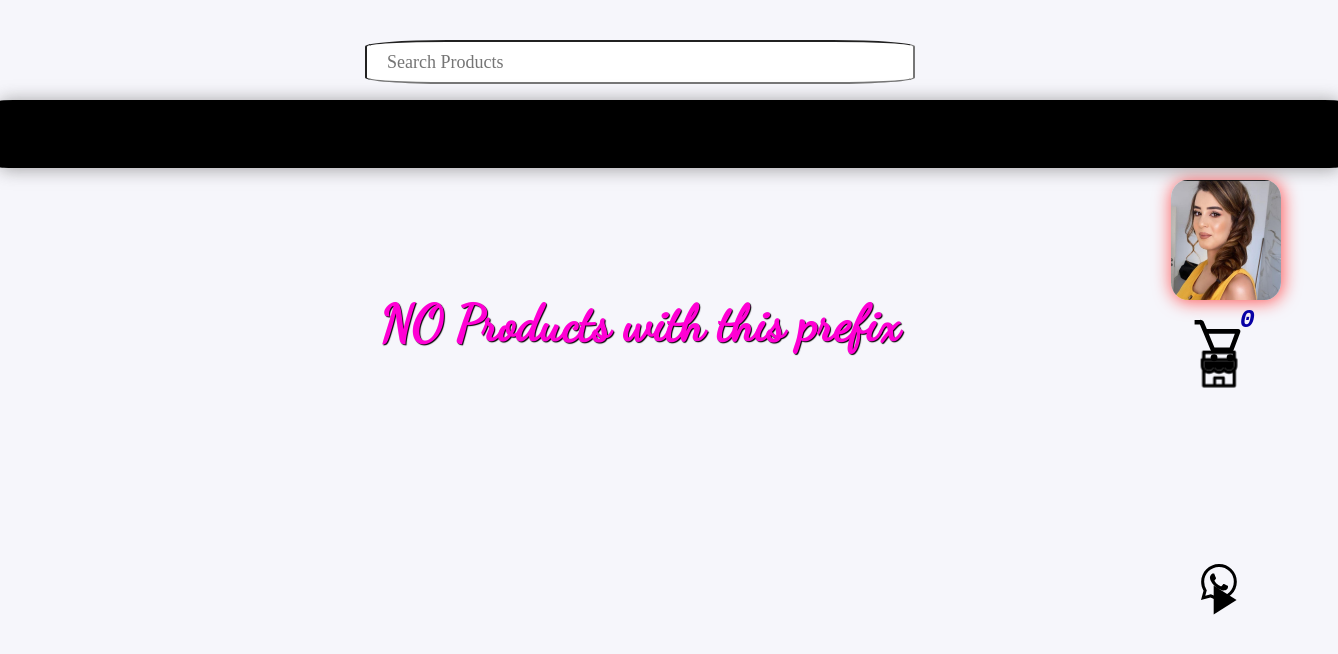
Repository: rehamAbass/BeautyCareShop
Page: /
An editor plug-in stored every save of this project. The page is shown before and after the next save, followed by the edit.
The browser window is 1280 px wide. The page is 1338 px wide, so the pictures cover 1338 px, including what lies to the right of the window. The pictures show the whole page.
The page's requests for data from a server got no answer. Some web fonts or font styles are not loaded; a fallback is used. The project was rebuilt for these pictures with package versions that can differ from the ones it lists, and the page was loaded fresh each time. No one was signed in, and anything a server would have sent is missing. Also part of the build but not shown: src/components/allProducts/prod/card.css, src/components/allProducts/prod/card.component.jsx, src/components/myCart/myCart.css, src/components/myCart/cartProduct/cartProduct.css, src/components/myCart/cartProduct/cartProduct.jsx, src/components/myCart/myCart.jsx. Imported but missing from the stored project, and not drawn on this page: src/components/header/music/ed.mp3.

Above is the page before, as saved 2022-06-08 13:27:24.

After the next save:
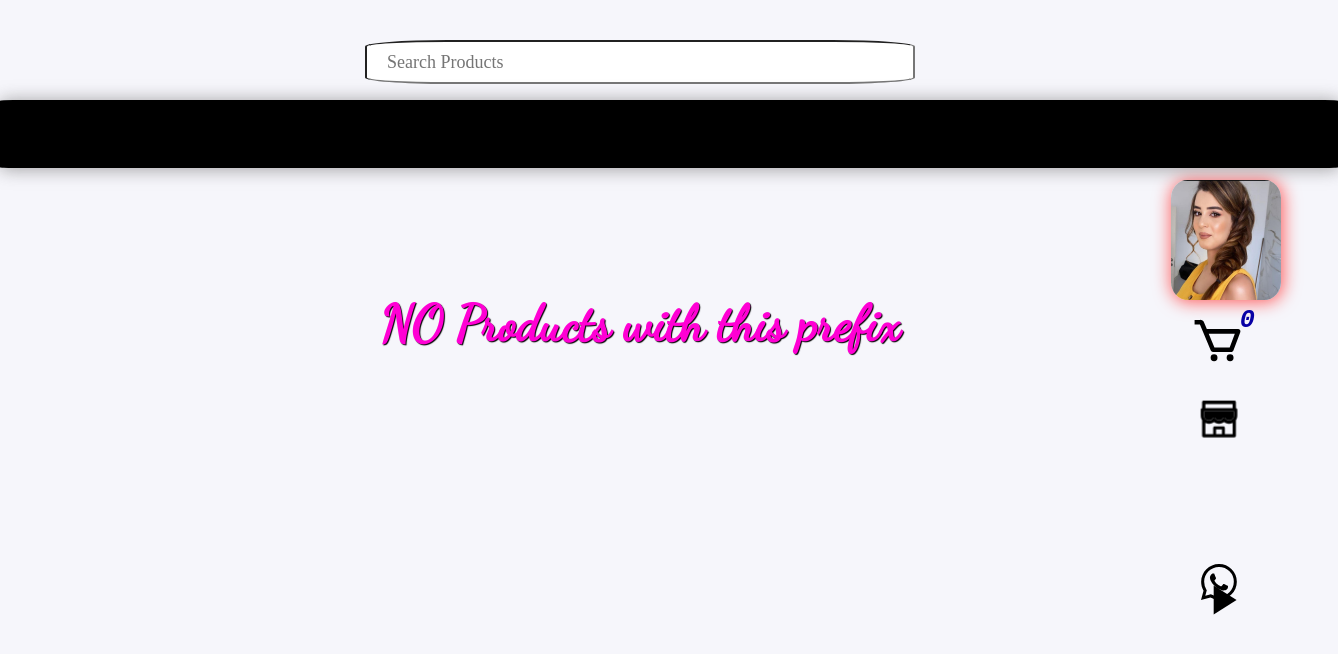
Saved 8 s later.
--- a/src/components/header/header.css
+++ b/src/components/header/header.css
@@ -22,7 +22,7 @@
     color:rgb(0, 0, 0);
      position:fixed;
     margin-left: 47%;
-    margin-top:300px;
+    margin-top:350px;
      transform: scale(2.6);
 }
 .goHome:hover{
